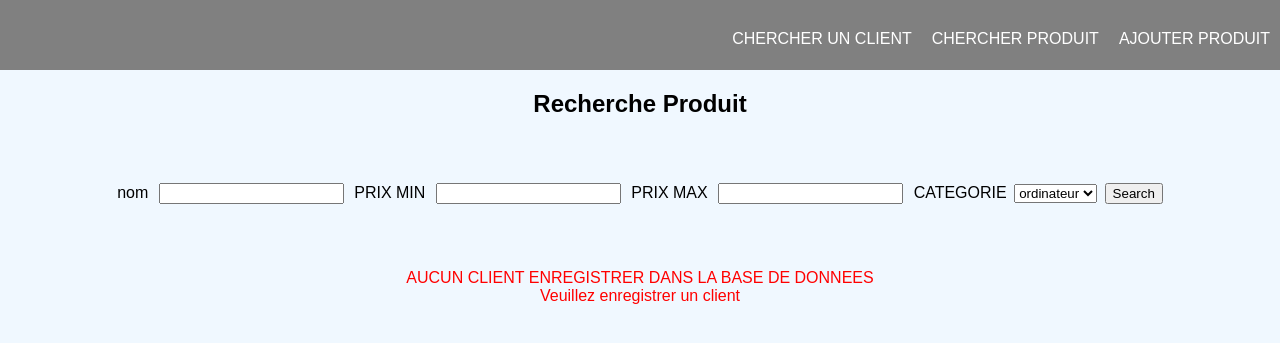
Repository: ahthionkevin/first-ecommerce-website
Page: http://localhost/indexProduct.php
An editor plug-in stored every save of this project. The page is shown before and after the next save, followed by the edit.
The browser window is 1280 px wide. The pictures show the whole page.
The page is run by PHP 8.4 with error messages shown; the project is at /var/www/html/. Queries for data that is not in the repository find no rows.

Above is the page before, as saved 2021-06-15 22:17:07.

### Cote_Serveur/indexProduct.php
<!DOCTYPE html>
<html lang="en">
<head>
    <meta charset="UTF-8">
    <meta http-equiv="X-UA-Compatible" content="IE=edge">
    <meta name="viewport" content="wnomth=device-wnomth, initial-scale=1.0">
    <link rel="stylesheet" href="style1.css">
    <title>Document</title>
</head>
<body>
    <?php
        require("header.php");
    ?>

    <h2>Recherche Produit</h2>
    <form action="indexProduct.php" method="post">
        <label for="nom">nom</label>
        <input type="text" name="nom" id="nom">

        <label for="min">PRIX MIN</label>
        <input type="text" name="min" id="min">

        <label for="max">PRIX MAX</label>
        <input type="text" name="max" id="max">

        <label for="categorie">CATEGORIE</label>
        <select name="categorie" id="caetgorie">
            <option value="ordinateur">ordinateur</option>
            <option value="telephone">telephone</option>
            <option value="divers">divers</option>
        </select>

        <input type="submit" value="Search" name="search">
    </form>

    <?php
        if(isset($_POST['search']))
        {
            define("MYHOST","localhost");
            define("MYUSER","root");
            define("MYPASS","");
            $db="magasin";

            $nomcom=@mysqli_connect(MYHOST,MYUSER,MYPASS,$db);

            if(isset($_POST['nom']) && !empty($_POST['nom']))
            {

                if(isset($_POST['min']) && !empty($_POST['min']))
                {

                    if(isset($_POST['max']) && !empty($_POST['max']))
                    {
                        if(isset($_POST['categorie']) && !empty($_POST['categorie']))
                        {
                            $nom=$_POST['nom'];
                            $min=$_POST['min'];
                            $max=$_POST['max'];
                            $categorie=$_POST['categorie'];
                            $sql="SELECT * FROM article WHERE nom=\"$nom\" AND prix>=\"$min\" AND prix<=\"$max\" AND categorie=\"$categorie\"";
                        }
                        else
                        {
                            $nom=$_POST['nom'];
                            $min=$_POST['min'];
                            $max=$_POST['max'];
                            $sql="SELECT * FROM article WHERE nom=\"$nom\" AND prix>=\"$min\" AND prix<=\"$max\"";
                        }
                    }
                    else
                    {
                        if(isset($_POST['categorie']) && !empty($_POST['categorie']))
                        {
                            $nom=$_POST['nom'];
                            $min=$_POST['min'];
                            $categorie=$_POST['categorie'];
                            $sql="SELECT * FROM article WHERE nom=\"$nom\" AND prix>=\"$min\" AND categorie=\"$categorie\"";
                        }
                        else
                        {
                            $nom=$_POST['nom'];
                            $min=$_POST['min'];
                            $sql="SELECT * FROM article WHERE nom=\"$nom\" AND prix>=\"$min\"";
                        }
                    }
                }
                else
                {
                    if(isset($_POST['max']) && !empty($_POST['max']))
                    {
                        if(isset($_POST['categorie']) && !empty($_POST['categorie']))
                        {
                            $nom=$_POST['nom'];
                            $max=$_POST['max'];
                            $categorie=$_POST['categorie'];
                            $sql="SELECT * FROM article WHERE nom=\"$nom\" AND prix<=\"$max\" AND categorie=\"$categorie\"";
                        }
                        else
                        {
                            $nom=$_POST['nom'];
                            $max=$_POST['max'];
                            $sql="SELECT * FROM article WHERE nom=\"$nom\" AND prix<=\"$max\"";
                        }
                    }
                    else
                    {
                        if(isset($_POST['categorie']) && !empty($_POST['categorie']))
                        {
                            $nom=$_POST['nom'];
                            $categorie=$_POST['categorie'];
                            $sql="SELECT * FROM article WHERE nom=\"$nom\" AND categorie=\"$categorie\"";
                        }
                        else
                        {
                            $nom=$_POST['nom'];
                            $sql="SELECT * FROM article WHERE nom=\"$nom\"";
                        }
                    }
                }
            }
            else
            {
                if(isset($_POST['min']) && !empty($_POST['min']))
                {

                    if(isset($_POST['max']) && !empty($_POST['max']))
                    {
                        if(isset($_POST['categorie']) && !empty($_POST['categorie']))
                        {
                            $min=$_POST['min'];
                            $max=$_POST['max'];
                            $categorie=$_POST['categorie'];
                            $sql="SELECT * FROM article WHERE prix>=\"$min\" AND prix<=\"$max\" AND categorie=\"$categorie\"";
                        }
                        else
                        {
                            $min=$_POST['min'];
                            $max=$_POST['max'];
                            $sql="SELECT * FROM article WHERE prix>=\"$min\" AND prix<=\"$max\"";
                        }
                    }
                    else
                    {
                        if(isset($_POST['categorie']) && !empty($_POST['categorie']))
                        {
                            $min=$_POST['min'];
                            $categorie=$_POST['categorie'];
                            $sql="SELECT * FROM article WHERE prix>=\"$min\" AND categorie=\"$categorie\"";
                        }
                        else
                        {
                            $min=$_POST['min'];
                            $sql="SELECT * FROM article WHERE prix>=\"$min\"";
                        }
                    }
                }
                else
                {
                    if(isset($_POST['max']) && !empty($_POST['max']))
                    {
                        if(isset($_POST['categorie']) && !empty($_POST['categorie']))
                        {
                            $max=$_POST['max'];
                            $categorie=$_POST['categorie'];
                            $sql="SELECT * FROM article WHERE prix<=\"$max\" AND categorie=\"$categorie\"";
                        }
                        else
                        {
                            $max=$_POST['max'];
                            $sql="SELECT * FROM article WHERE nom=\"$nom\" AND prix<=\"$max\"";
                        }
                    }
                    else
                    {
                        if(isset($_POST['categorie']) && !empty($_POST['categorie']))
                        {
                            $categorie=$_POST['categorie'];
                            $sql="SELECT * FROM article WHERE categorie=\"$categorie\"";
                        }
                        else
                        {
                            $nom=$_POST['nom'];
                            $sql="SELECT * FROM article";
                        }
                    }
                }
            }





            $result=@mysqli_query($nomcom,$sql);

            $coord=@mysqli_fetch_row($result);

            if(empty($coord))
                echo "<p class=\"red\">PRODUIT N EXISTE PAS</p>";
            else
            {

                echo "<h2>LISTE DES PRODUITS</h2>";
                echo "<table border=\"3\" cellspacing=\"0\" cellpadding=\"10\" align=\"center\" wnomth=\"100%\">
                <tr>
                <th>nom</th>
                <th>designation</th>
                <th>Prix</th>
                <th>Categorie</th>
                <th>Option</th>
                </tr>";

                echo "<tr>
                <td>$coord[1]</td>
                <td>$coord[2]</td>
                <td>$coord[3] dhs</td>
                <td>$coord[4]</td>
                <td><a href=\"showProduct.php?nomProduct=$coord[0]\">Voir</a> | <a href=\"deleteProduct.php?nomProduct=$coord[0]\">Supprimer</a></td>
                </tr>";

                while($coord=mysqli_fetch_row($result))
                {

                    echo "<tr>
                    <td>$coord[1]</td>
                    <td>$coord[2]</td>
                    <td>$coord[3] dhs</td>
                    <td>$coord[4]</td>
                    <td><a href=\"showProduct.php?nomProduct=$coord[0]\">Voir</a> | <a href=\"deleteProduct.php?nomProduct=$coord[0]\">Supprimer</a></td>
                    </tr>";

                }

                echo '</table>';


             }

        }

        else
        {
            define("MYHOST","localhost");
            define("MYUSER","root");
            define("MYPASS","");
            $db="magasin";

            $nomcom=@mysqli_connect(MYHOST,MYUSER,MYPASS,$db);
            $sql="SELECT * FROM article ORDER BY nom DESC LIMIT 5";


            $result=@mysqli_query($nomcom,$sql);

            $coord=@mysqli_fetch_row($result);


            if(empty($coord))
                echo "<p class=\"red\">AUCUN CLIENT ENREGISTRER DANS LA BASE DE DONNEES<br>Veuillez enregistrer un client</p>";
            else
            {

                echo "<h2>LISTE DES PRODUITS</h2>";
                echo "<table border=\"3\" cellspacing=\"0\" cellpadding=\"10\" align=\"center\" wnomth=\"100%\">
                <tr>
                <th>nom</th>
                <th>designation</th>
                <th>Prix</th>
                <th>Categorie</th>
                <th>Option</th>
                </tr>";

                echo "<tr>
                <td>$coord[1]</td>
                <td>$coord[2]</td>
                <td>$coord[3] dhs</td>
                <td>$coord[4]</td>
                <td><a href=\"showProduct.php?nomProduct=$coord[0]\">Voir</a> | <a href=\"deleteProduct.php?nomProduct=$coord[0]\">Supprimer</a></td>
                </tr>";

                while($coord=mysqli_fetch_row($result))
                {

                    echo "<tr>
                    <td>$coord[1]</td>
                    <td>$coord[2]</td>
                    <td>$coord[3] dhs</td>
                    <td>$coord[4]</td>
                    <td><a href=\"showProduct.php?nomProduct=$coord[0]\">Voir</a> | <a href=\"deleteProduct.php?nomProduct=$coord[0]\">Supprimer</a></td>
                    </tr>";

                }

                echo '</table>';

        }}
    ?>
</body>
</html>

### Cote_Serveur/header.php
<header>
    <nav>
        <a href="addProductView.php" class="link">AJOUTER PRODUIT</a>
        <a href="indexPRoduct.php" class="link">CHERCHER PRODUIT</a>
        <a href="index.php" class="link">CHERCHER UN CLIENT</a>
    </nav>
</header>

### Cote_Serveur/style1.css

*{
    margin: 0px;
    font-family: "Century Gothic",sans-serif;
}
form{
    margin:50px auto;
    text-align: center;
    padding: 10px;


}
form.read{
    width: 35%;
    height: 300px;
    background-color: rgba(100,110,100,0.75);
    border-radius: 20px;
    box-shadow: black 0px 3px 5px;
}
body{
    margin: 0px;
    padding:0px;
    background-color: aliceblue;
    /*background-image: url(./bg.jpg);
    background-size: cover;*/
}
table{
    margin:10px auto;
}
td{
   text-align: center;

}
label,input
{
    margin:5px 3px;
}
h2{
    text-align: center;
    padding-top: 20px;
}
.red{
    color: red;
}
header{

    background-color: gray;
    height: 50px;
    padding-top: 20px;
}

a.link{
    text-decoration: none;
    font-size: 16px;
    color: white;
    text-align: right;
    margin: 10px;
    float: right;
}
a.link:hover{
    color: black;
}
input.sign{
    padding:3px 7px;
    display: inline-block;
    width: 230px;
    height: 20px;
    font-size: 16px;
}
p.red{
    text-align: center;
}

After the next save:
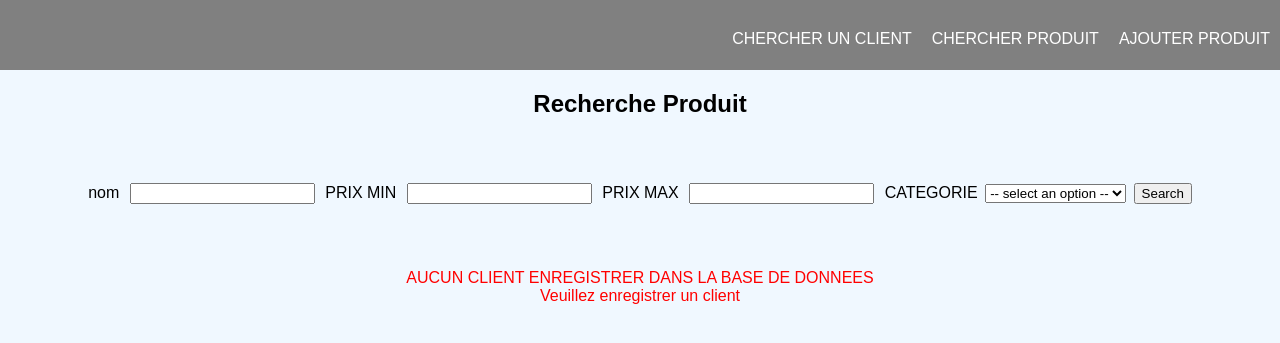
Saved 10 min 58 s later.
--- a/Cote_Serveur/indexProduct.php
+++ b/Cote_Serveur/indexProduct.php
@@ -25,6 +25,7 @@
 
         <label for="categorie">CATEGORIE</label>
         <select name="categorie" id="caetgorie">
+            <option disabled selected value> -- select an option -- </option>
             <option value="ordinateur">ordinateur</option>
             <option value="telephone">telephone</option>
             <option value="divers">divers</option>
